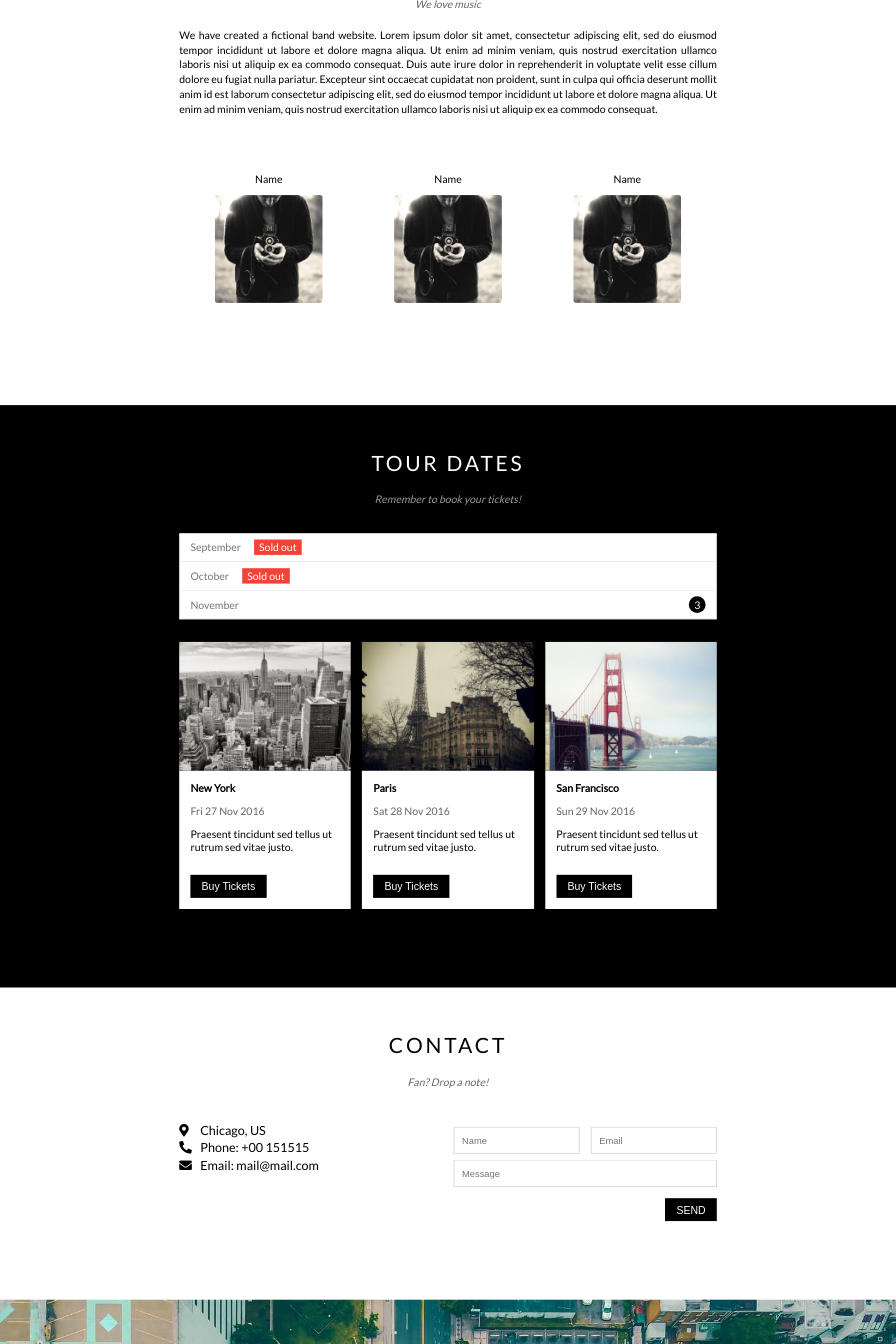
Repository: nguyenthaicong265/w3-band
Page: index.html
The author's editor kept a copy of each file at every save. The page is drawn from the files as they stood at one save, then again after the next save.
The browser window is 1280 px wide. The pictures show the part of the page from y = 814 to 2734 px (the page is 3610 px tall before and 3613 px after), at 70% of full size.

Above is the page before, as saved 2022-01-06 10:54:49.

### index.html
<!DOCTYPE html>
<html lang="en">
<head>
    <meta charset="UTF-8">
    <meta http-equiv="X-UA-Compatible" content="IE=edge">
    <meta name="viewport" content="width=device-width, initial-scale=1.0">
    <title>The band</title>
    <link rel="icon" href="./assets/img/favicon.png" type="image/x-icon" />
    <link rel="stylesheet" href="./assets/css/styles.css">
    <link rel="stylesheet" href="./assets/css/responsive.css">
    <link rel="stylesheet" href="https://fonts.googleapis.com/css?family=Lato">
    <link rel="stylesheet" href="./assets/font/themify-icons-font/themify-icons/themify-icons.css">
    <link rel="stylesheet" href="./assets/font/fontawesome-free-5.15.4-web/css/all.css">
</head>
<body>
    <div id="main">
        <div id="header">
            <ul id="nav">
                <li><a href="#">Home</a></li>
                <li><a href="#band">Band</a></li>
                <li><a href="#tour">Tour</a></li>
                <li><a href="#contact">Contact</a></li>
                <li>
                    <a href="#">
                        More
                        <i class="fas fa-sort-down"></i>
                    </a>
                    <ul class="subnav">
                        <li><a href="#">Merchandise</a></li>
                        <li><a href="#">Extras</a></li>
                        <li><a href="#">Media</a></li>
                    </ul>
                </li>
            </ul>
            <div class="search-button">
                <i class="fas fa-search"></i>
            </div>
            <div id="mobile-menu" class="mobile-menu-button">
                <i class="fas fa-bars"></i>
            </div>
        </div>

        <div id="slider">
            <div class="text-content text-white">
                <h2 class="text-head">Los Angeles
                </h2>
                <div class="text-description">We had the best time playing at Venice Beach!
                </div>
            </div>
        </div>

        <div id="content">
            <!-- About-section -->
            <div id="band" class="band-section">
                <div class="content-section">
                    <h2 class="section-heading">
                    THE BAND
                    </h2>
                    <p class="section-sub-heading">
                    We love music
                    </p>
                    <p class="about-text">We have created a fictional band website. Lorem ipsum dolor sit amet, consectetur adipiscing elit, sed do eiusmod tempor incididunt ut labore et dolore magna aliqua. Ut enim ad minim veniam, quis nostrud exercitation ullamco laboris nisi ut aliquip ex ea commodo consequat. Duis aute irure dolor in reprehenderit in voluptate velit esse cillum dolore eu fugiat nulla pariatur. Excepteur sint occaecat cupidatat non proident, sunt in culpa qui officia deserunt mollit anim id est laborum consectetur adipiscing elit, sed do eiusmod tempor incididunt ut labore et dolore magna aliqua. Ut enim ad minim veniam, quis nostrud exercitation ullamco laboris nisi ut aliquip ex ea commodo consequat.
                    </p>

                    <!-- Member -->
                    <div class="members-list">
                        <div class="member-item">
                            <p class="member-name">Name</p>
                            <img src="./assets/img/band/member1.jpg" alt="Name" class="member-avatar">
                        </div>

                        <div class="member-item">
                            <p class="member-name">Name</p>
                            <img src="./assets/img/band/member1.jpg" alt="Name" class="member-avatar">
                        </div>

                        <div class="member-item">
                            <p class="member-name">Name</p>
                            <img src="./assets/img/band/member1.jpg" alt="Name" class="member-avatar">
                        </div>
                    </div>
                </div>
            </div>

            <!-- Tour-section -->
            <div id="tour" class="tour-section">
                <div class="content-section">
                    <h2 class="section-heading text-white">
                    TOUR DATES
                    </h2>
                    <p class="section-sub-heading text-white">
                    Remember to book your tickets!
                    </p>

                    <!-- Tickets  -->
                    <ul class="tickets-list">
                        <li>September <span class="sold-out text-white">Sold out</span></li>
                        <li>October <span class="sold-out text-white">Sold out</span></li>
                        <li>November <span class="quantity text-white">3</span></li>
                    </ul>

                    <!-- Places -->
                    <div class="row places-list">
                        <div class="col col-third">
                            <img src="./assets/img/places/newyork.jpg" alt="New York" class="place-img">
                            <div class="place-body">
                                <h3 class="place-heading">
                                    New York
                                </h3>
                                <p class="place-time">
                                    Fri 27 Nov 2016
                                </p>
                                <p class="place-dsc">
                                    Praesent tincidunt sed tellus ut rutrum sed vitae justo.
                                </p>
                                <button class="btn js-buy-ticket">Buy Tickets</button>
                            </div>
                        </div>

                        <div class="col col-third">
                            <img src="./assets/img/places/paris.jpg" alt="Paris" class="place-img">
                            <div class="place-body">
                                <h3 class="place-heading">
                                    Paris
                                </h3>
                                <p class="place-time">
                                    Sat 28 Nov 2016
                                </p>
                                <p class="place-dsc">
                                    Praesent tincidunt sed tellus ut rutrum sed vitae justo.
                                </p>
                                <button class="btn js-buy-ticket">Buy Tickets</button>
                            </div>
                        </div>

                        <div class="col col-third">
                            <img src="./assets/img/places/sanfran.jpg" alt="San Francisco" class="place-img">
                            <div class="place-body">
                                <h3 class="place-heading">
                                    San Francisco
                                </h3>
                                <p class="place-time">
                                    Sun 29 Nov 2016
                                </p>
                                <p class="place-dsc">
                                    Praesent tincidunt sed tellus ut rutrum sed vitae justo.
                                </p>
                                <button class="btn js-buy-ticket">Buy Tickets</button>
                            </div>
                        </div>
                    </div>
                </div>
            </div>

            <!-- Begin: Contact-section -->
            <div id="contact" class="content-section">
                <h2 class="section-heading">
                CONTACT</h2>
                <p class="section-sub-heading">
                Fan? Drop a note!</p>
                <div class="row contact-content">
                    <div class="col col-half contact-info">
                        <p><i class="fas fa-map-marker-alt"></i>Chicago, US</p>
                        <p><i class="fas fa-phone-alt"></i>Phone: +00 151515</p>
                        <p><i class="fas fa-envelope"></i>Email: mail@mail.com</p>
                    </div>
                    <div class="col col-half contact-form">
                        <form action="">
                            <div class="row mt-8">
                                <div class="col col-half">
                                    <input type="text" name="" required placeholder="Name" id="" class="form-control">
                                </div>
                                <div class="col col-half">
                                    <input type="email" name="" required placeholder="Email" id="" class="form-control">
                                </div>
                            </div>
                            <div class="row mt-8">
                                <div class="col col-full">
                                    <input type="text" name="" required placeholder="Message" id="" class="form-control">
                                </div>
                            </div>
                            <input class="btn pull-right mt-16" type="submit" value="SEND">
                        </form>
                    </div>
                </div>
            </div>
            <!-- End: Contact-section -->


            <div class="map-section">
                <img src="./assets/img/map.jpg" alt="Map">
            </div>
        </div>

        <div id="footer">
            <div class="socials-list">
                <a href=""><i class="fab fa-facebook-square"></i></a>
                <a href=""><i class="fab fa-instagram"></i></a>
                <a href=""><i class="fab fa-snapchat"></i></a>
                <a href=""><i class="fab fa-pinterest-p"></i></a>
                <a href=""><i class="fab fa-twitter"></i></a>
                <a href=""><i class="fab fa-linkedin-in"></i></a>
            </div>
            <p class="copyright">Powered by <a href="">w3.css</a></p>
        </div>
    </div>
    <div class="modal js-modal">
         <div class="modal-contaner js-modal-container">
             <div class="modal-close js-modal-close">
                <i class="fas fa-times"></i>
             </div>

             <div class="modal-header text-white">
                <i class="fas fa-suitcase"></i> Tickets
             </div>

             <div class="modal-body">
                <label for="ticket-quantity" class="modal-label">
                    <i class="fas fa-shopping-cart"></i>
                    Tickets, $15 per person
                 </label>
                 <input type="text" id="ticket-quantity" class="modal-input" placeholder="How many?">

                 <label for="ticket-email" class="modal-label">
                    <i class="fas fa-user"></i>
                    Send To
                 </label>
                 <input type="text" id="ticket-email" class="modal-input" placeholder="Enter email">

                <button id="buy-ticket">
                    Pay
                    <i class="fas fa-check"></i>
                </button>
             </div>

             <div class="modal-footer">
                 <p class="modal-help">
                     Need <a href="">help?</button>
                 </p>
             </div>
         </div>
    </div>

    /* Buy Ticket */
    <script>
        const buyBtns = document.querySelectorAll('.js-buy-ticket')
        const modal = document.querySelector('.js-modal')
        const modalContainer = document.querySelector('.js-modal-container')
        const modalClose = document.querySelector('.js-modal-close')

        // Hàm hiển thị modal mua vé
        function showBuyTickets() {
            modal.classList.add('open')
        }

        // Hàm ẩn modal mua vé
        function closeBuyTickets() {
            modal.classList.remove('open')
        }

        // Lắng nghe click vào từng button Buy Ticket
        for (const buyBtn of buyBtns) {
            buyBtn.addEventListener('click', showBuyTickets)
        }

        // Lắng nghe click vào button close
        modalClose.addEventListener('click', closeBuyTickets)

        // Lắng nghe click vào modal
        modal.addEventListener('click', closeBuyTickets)

        // Lắng nghe click vào container
        modalContainer.addEventListener('click', function(event) {
            event.stopPropagation()
        })
    </script>

    /* Mobile Menu */
    <script>
        var header = document.getElementById('header')
        var mobileMenu = document.getElementById('mobile-menu')
        var headerHeight = header.clientHeight

        // Đóng mở mobile menu
        mobileMenu.onclick = function() {
            var isClosed = header.clientHeight === headerHeight
            if (isClosed) {
                header.style.height = 'auto'
            }
            else {
                header.style.height = null
            }
        }

        // Tự động đóng sau khi chọn menu
        var menuItems = document.querySelectorAll('#nav li a[href*="#"]')
        for (const menuItem of menuItems) {
            menuItem.onclick = function(event) {
                var isParentMenu = menuItem.nextElementSibling && menuItem.nextElementSibling.classList.contains('subnav')
                if (isParentMenu) {
                    event.preventDefault()
                }
                else {
                    header.style.height = null
                }
            }
        }
    </script>
</body>
</html>

### assets/css/styles.css
/* Reset CSS */
* {
    padding: 0;
    margin: 0;
    box-sizing: border-box;
}

html {
    font-family: "Lato", sans-serif;
    font-size: 62.5%;
    scroll-behavior: smooth;
}

/* Common */
.clear {
    clear: both;
}

.text-white {
    color: #ffff !important;
}

.row {
    margin-left: -8px;
    margin-right: -8px;
    overflow: hidden;
}

.col {
    float: left;
    padding-left: 8px;
    padding-right: 8px;
}

.col-third {
    width: 33.33333%;
}

.col-half {
    width: 50%;
}

.col-full {
    width: 100%;
}

.mt-8 {
    margin-top: 8px;
}

.mt-16 {
    margin-top: 16px;
}

.btn {
    display: inline-block;
    font-size: 15px;
    color: #ffff;
    background-color: #000;
    text-decoration: none;
    padding: 8px 16px;
    margin-top: 16px;
    border: 0px;
    cursor: pointer;
}

.btn:hover {
    color: #000;
    background-color: #ccc;
}

.pull-right {
    float: right;
    overflow: hidden;
}

/* Main */

#main {

}

#header {
    position: fixed;
    top: 0;
    left: 0;
    right: 0;
    height: 46px;
    background-color: #000000;
    z-index: 1;
}

#header .mobile-menu-button {
    position: absolute;
    top: 0;
    right: 0;
}

#header .search-button,
#header .mobile-menu-button {
    color: #fff;
    float: right;
    padding: 0 21px;
}

#header .search-button:hover {
    cursor: pointer;
    background-color: #f44336!important;
}

#header .mobile-menu-button:hover {
    background-color: #ccc;
    color: #000;
}

#header .fa-search,
#header .fa-bars {
    font-size: 13px;
    line-height: 46px;
}

#nav, .subnav {
    display: inline-block;
    list-style-type: none;
}

#nav > li {
    display: inline-block;
}

#nav li {
    position: relative;
}

#nav > li > a {
    color: #ffffff;
    text-transform: uppercase;
}

#nav li a {
    text-decoration: none;
    line-height: 46.5px;
    padding: 0px 24px;
    font-size: 1.5rem;
    display: block;
}

#nav .fa-sort-down {
    font-size: 20px;
}

#nav li:hover .subnav {
    display: block;

}

#nav > li:hover > a,
#nav .subnav li:hover a {
    color: #000 !important;
    background-color: #ccc !important;
}

#nav .subnav {
    display: none;
    position: absolute;
    min-width: 160px;
    top: 46.5px;
    background-color: #ffffff;
    box-shadow: 0 0 10px rgba(0, 0, 0, 0.3);
}

#nav .subnav a {
    color: #000;
    padding: 0 12px;
    line-height: 38px;
}

#slider {
    position: relative;
    margin-top: 46px;
    padding-top: 50%;
    background: url(/assets/img/slider/slider1.jpg) top center / cover no-repeat;
}

#slider .text-content {
    position: absolute;
    bottom: 48px;
    width: 100%;
    text-align: center;
}

#slider .text-head {
    font-weight: 100;
    font-size: 24px;
    margin-bottom: 10px;
}
#slider .text-description {
    font-size: 15px;
    margin-top: 15px;
}

#content {
}

#content .content-section {
    width: 800px;
    max-width: 100%;
    padding: 64px 0 112px ;
    margin-left: auto;
    margin-right: auto;
    padding-left: 16px;
    padding-right: 16px;
}

#content .section-heading {
    font-size: 30px;
    font-weight: 400;
    letter-spacing: 4px;
    text-align: center;
}

#content .section-sub-heading {
    font-size: 15px;
    font-style: italic;
    text-align: center;
    opacity: 0.6;
    margin-top: 25px;
}

#content .about-text {
    text-align: justify;
    font-size: 15px;
    margin-top: 25px;
    line-height: 1.4;
}

#content .members-list {
    margin-top: 48px;
    overflow: hidden;
    padding-top: 32px !important;
    padding-bottom: 32px !important;
}

#content .member-item {
    float: left;
    width: 33.333333%;
    text-align: center;
}

#content .member-name {
    font-size: 15px;
}

#content .member-avatar {
    width: 60%;
    margin-top: 15px;
    border-radius: 4px;
}

.tour-section {
    background-color: #000;
    width: 100%;
}

.tickets-list {
    background-color: #ffffff;
    margin-top: 40px;
    list-style-type: none;
}

.tickets-list li {
    font-size: 15px;
    padding: 11px 16px;
    border-bottom: 1px solid #dddd;
    color: #757575;
}

.tickets-list .sold-out {
    background-color: #f44336!important;
    padding: 2px 7px;
    margin-left: 16px;
}

.tickets-list .quantity {
    float: right;
    width: 24px;
    height: 24px;
    background-color: #000;
    border-radius: 50%;
    line-height: 24px;
    text-align: center;
    margin-top: -3px;
}

.places-list {
    margin-top: 32px;
    overflow: hidden;
}

.place-img {
    display: block;
    width: 100%;
}

.place-img:hover {
    opacity: 0.6;
}

.place-body {
    background-color: #ffff;
    padding: 16px;
}

.place-heading {
    font-size: 15px;
    font-weight: bolder;
    margin-bottom: 15px;
}

.place-time {
    font-size: 15px;
    opacity: 0.6;
    margin-bottom: 15px;
}

.place-dsc {
    font-size: 15px;
    margin-bottom: 15px;
}

.fas {
    display: inline-block;
}

.contact-content {
    margin-top: 48px;
}

.contact-info {
    font-size: 18px;
    line-height: 1.4;
}

.contact-info .fas {
    width: 30px;
}

.contact-form {
    font-size: 15px;
}

.contact-form .form-control {
    padding: 11px;
    border: 1px solid #ccc;
    width: 100%;
}

/* Map section */
.map-section img {
    width: 100%;
}

/* Footer section */
#footer {
    padding: 64px 16px;
    text-align: center;
    font-size: 15px;

}

#footer .socials-list {
    font-size: 24px;
}

#footer .socials-list a {
    color: #000;
    opacity: 0.5;
    text-decoration: none;
}

#footer .socials-list a:hover {
    opacity: 0.3;
}

#footer .copyright {
    margin: 15px 0;
    color: #000;
    opacity: 0.5;
}

#footer .copyright a {
    color: #000 !important;
}

.modal {
    position: fixed;
    top: 0;
    right: 0;
    bottom: 0;
    left: 0;
    background: rgba(0, 0, 0, 0.4);
    align-items: center;
    justify-content: center;
    display: none;
}

.modal.open {
    display: flex;
}

.modal-contaner {
    background: #fff;
    width: 900px;
    max-width: calc(100% - 32px);
    min-height: 200px;
    position: relative;
    animation: modalFadeIn ease 0.5s;
}

.modal-close {
    position: absolute;
    right: 0;
    top: 0;
    padding: 15px;
    cursor: pointer;
    color: #fff;
    font-size: 15px;
}

.modal-close:hover {
    background-color: #ccc;
    color: #000;
}

.modal-header {
    background-color: #009688;
    height: 130px;
    display: flex;
    align-items: center;
    justify-content: center;
    font-size: 30px;
    letter-spacing: 5px;
}

.modal-header .fa-suitcase {
    margin-right: 15px;
}

.modal-body {
    padding: 15px;

}

.modal-body .modal-label {
    display: block;
    font-size: 15px;
    opacity: 0.8;
}

.modal-body .modal-input {
    border: 1px solid #ccc;
    padding: 8px;
    margin: 15px 0;
    width: 100%;
    font-size: 15px;
}

#buy-ticket {
    background-color: #009688;
    color: #fff;
    font-size: 15px;
    padding: 15px;
    width: 100%;
    border: 0px;
}

#buy-ticket:hover {
    background-color: #ccc;
    color: #000;
}

.modal-footer {
    padding: 16px;
    text-align: right;
    font-size: 15px;
}

.modal-help {
    top: 0;
    right: 0;
}

.modal-help a {
    color: #2196F3;
}

@keyframes modalFadeIn {
    from {
        opacity: 0;
        transform: translateY(-100px);
    }
    to {
        opacity: 1;
        transform: translateY(0px);
    }
}

### assets/css/responsive.css
/* PC */
@media (min-width: 1024px) {
    #header .mobile-menu-button {
        display: none;
    }
}

/* Mobile */
@media (max-width: 740px) {
    #header {
        overflow: hidden;
    }
    #nav {
        display: block;
    }

    #nav > li {
        display: block;
    }

    #nav > li:first-child {
        display: inline-block;
    }

    #nav .subnav {
        position: initial;
        background-color: #333;
    }

    #nav .subnav a {
        color: #fff;
        padding: 5px 42px;
    }

    #header .search-button {
        display: none;
    }



}

Loaded but not shown: assets/font/themify-icons-font/themify-icons/themify-icons.css (common file); assets/font/fontawesome-free-5.15.4-web/css/all.css (library)

After the next save:
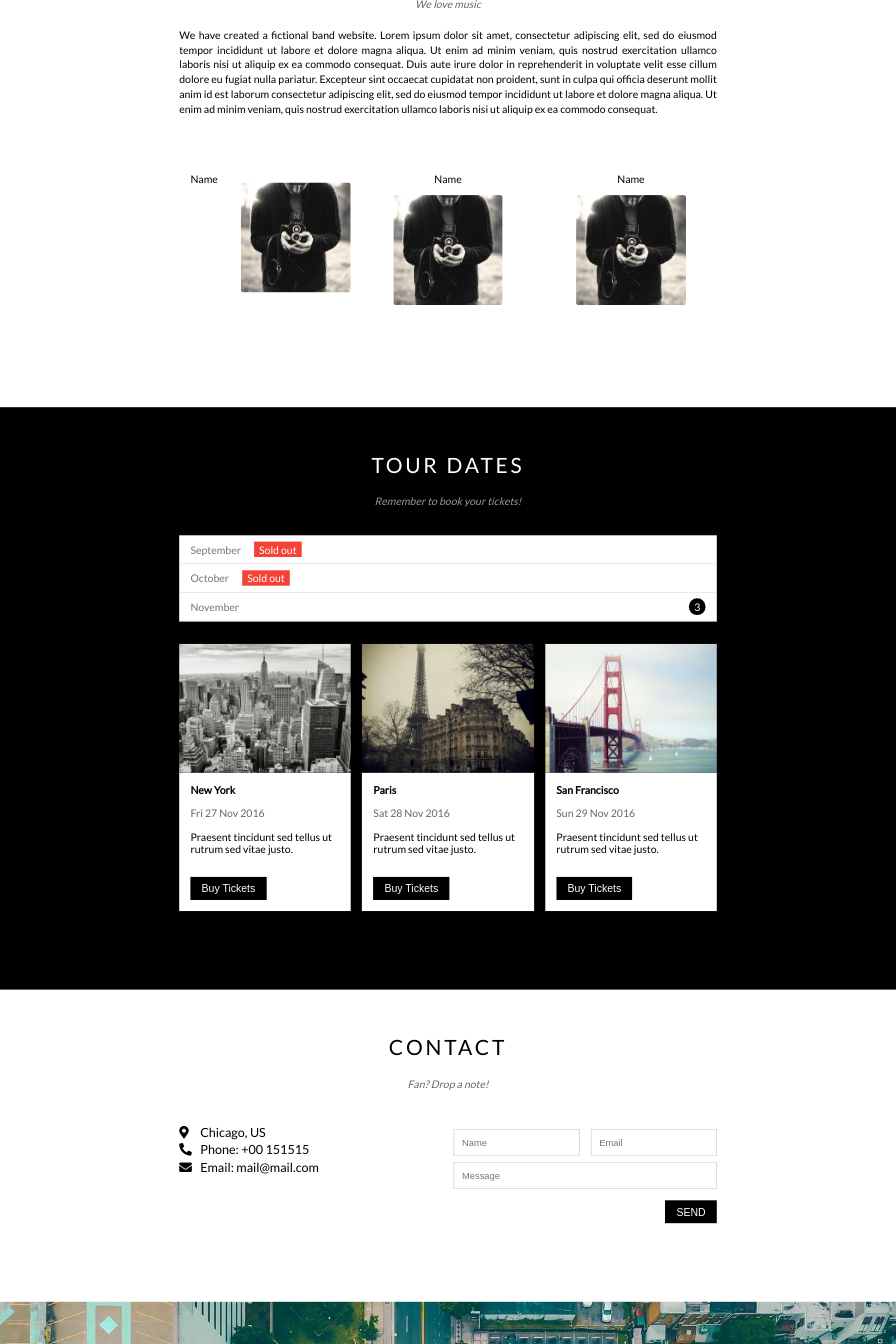
Saved 13 h 2 min later.
--- a/index.html
+++ b/index.html
@@ -63,9 +63,9 @@
                     </p>
 
                     <!-- Member -->
-                    <div class="members-list">
+                    <div class="row members-list">
                         <div class="member-item">
-                            <p class="member-name">Name</p>
+                            <p class="col col-third text-center member-name">Name</p>
                             <img src="./assets/img/band/member1.jpg" alt="Name" class="member-avatar">
                         </div>
 
